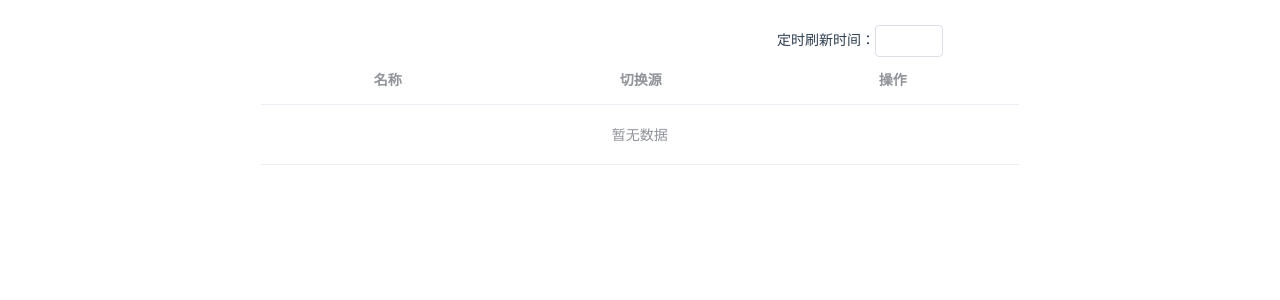
Repository: faintout/BHMQTTSendTool
Page: /
The author's editor kept a copy of each file at every save. The page is drawn from the files as they stood at one save, then again after the next save.
The browser window is 1280 px wide. The pictures show the whole page.
The project was rebuilt for these pictures with package versions that can differ from the ones it lists, and the page was loaded fresh each time. Also part of the build but not shown: vue.config.js.

Above is the page before, as saved 2020-09-03 15:19:47.

### public/index.html
<!DOCTYPE html>
<html lang="en">
  <head>
    <meta charset="utf-8">
    <meta http-equiv="X-UA-Compatible" content="IE=edge">
    <meta name="viewport" content="width=device-width,initial-scale=1.0">
    <link rel="stylesheet" href="">
    <title></title>
  </head>
  <body>
    <div id="app">

    </div>
    <!-- built files will be auto injected -->
  </body>
</html>

### src/main.js
import Vue from 'vue'
import App from './App.vue'
import router from './router'
import $ from 'jquery'
import ElementUi from 'element-ui'
import 'element-ui/lib/theme-chalk/index.css'
import 'element-ui/lib/theme-chalk/reset.css'

Vue.config.productionTip = false
Vue.use(ElementUi)
new Vue({
  router,
  render: h => h(App)
}).$mount('#app')

### src/router/index.js
import Vue from "vue";
import VueRouter from "vue-router";
import MqttSendTool from "../views/MqttSendTool.vue";
import MovingInfoShow from "../views/MovingInfoShow.vue";
import layout from "../views/layout.vue";

Vue.use(VueRouter);

const routes = [
  {
    path: "/",
    name: "layout",
    component: layout,
    children: [
      {
        path: "/MqttSendTool",
        name: "MqttSendTool",
        component: MqttSendTool,
      },
      {
        path: "/",
        name: "MovingInfoShow",
        component: MovingInfoShow,
      },
    ],
  },
];

const router = new VueRouter({
  routes,
});

export default router;

### src/views/MovingInfoShow.vue
<template>
    <div class="content">
        <title></title>
        <!-- 按钮模块 -->
        <div  class="content_title">
            定时刷新时间：<el-input style="display:inline-block;width:10%;" size="small" v-model="localIP"></el-input>
            <!-- <el-button type="success" size="small" @click="getAllMqttData">获取</el-button>
            <el-button size="mini" @click="batch(0)">批量主发送</el-button>
            <el-button size="mini" @click="batch(1)">批量备发送</el-button> -->
            <!-- <el-button type="success" size="small" @click="sendData()">发送</el-button> -->
        </div>
        <el-table v-loading="tableLoading" :data="tableData" class="el_table">
            >
            <el-table-column prop="name" label="名称" align='center'>
            </el-table-column>
            <el-table-column label="切换源" align='center'>
                <template slot-scope="scope">
                    <el-radio-group v-model="scope.row.switchStatus">
                        <el-radio :label="0" @click="scope.row.switchStatus = 0">主</el-radio>
                        <el-radio :label="1" @click="scope.row.switchStatus = 1">备</el-radio>
                    </el-radio-group>
                </template>
            </el-table-column>
            <el-table-column label="操作" align='center'>
                <template slot-scope="scope">
                    <el-button type="success" size="small" @click="changeData(scope.row)">编辑</el-button>
                    <el-button type="success" size="small" @click="sendData(scope.row)">发送</el-button>
                </template>
            </el-table-column>
        </el-table>
        <!-- 弹框 -->
        <el-dialog title="编辑" :visible.sync="dialogVisible" width="30%"  :close-on-click-modal = false>
            <el-input type="textarea" :rows="25" class="el_input" v-model="editTable"></el-input>
            <span slot="footer" class="dialog-footer">
                <el-button @click="dialogVisible = false">取 消</el-button>
                <el-button type="primary" @click="saveEdit">确 定</el-button>
            </span>
        </el-dialog>

    </div>
</template>

<script>
export default {
  components:{},
  data(){
    return {
    }
  },
  watch:{},
  computed:{},
  methods:{},
  mounted(){},
  created(){},
}
</script>
<style lang="less" scoped>
    .content {
        width: 60%;
        margin: 2% auto;
        margin-bottom: 0;
    }

    .el_table {
        width: 100%;
        position: relative;

    }
    .content_title{
        text-align: right;
        margin-right: 10%;
    }
    /deep/.el-message{
        top: 50px !important;
    }

    input {
        height: 20rem;
    }
</style>

### src/views/layout.vue
<template>
    <div>
        <header></header>
        <!-- <mqtt-send-tool v-if='activeIndex==1'></mqtt-send-tool>
        <moving-info-show v-if='activeIndex==2'></moving-info-show> -->
        <router-view></router-view>
    </div>
</template>

<script>
import header from './header'
    export default {
        components: {
           header
        },
        data() {
            return {
                activeIndex: '1',
            }
        },
        watch: {},
        computed: {},
        methods: {
            handleSelect(key, keyPath) {
                this.activeIndex = key
            }
        },
        mounted() {},
        created() {},
    }
</script>
<style lang="less" scoped>
    .el-menu-demo {
        padding-left: 30%;
    }
</style>

### src/views/header.vue
<template>
    <div>
        <el-menu :default-active="activeIndex" class="el-menu-demo" mode="horizontal" @select="handleSelect">
            <!-- <el-menu-item index="1">处理中心</el-menu-item> -->
            <el-menu-item index="1">MQTT批量下发工具</el-menu-item>
            <el-menu-item index="2">动环指标数据展示</el-menu-item>
        </el-menu>
    </div>
</template>

<script>
    export default {
        components: {},
        data() {
            return {}
        },
        watch: {},
        computed: {},
        methods: {},
        mounted() {},
        created() {},
    }
</script>
<style lang="less" scoped>
</style>

### src/views/MqttSendTool.vue
<template>
    <div class="content">
        <title></title>
        <!-- 按钮模块 -->
        <div  class="content_title">
            <!-- <el-input style="display:inline-block;width:20%;right: 5%;" size="small" v-model="localIP"></el-input> -->
            <el-button type="success" size="small" @click="getAllMqttData">获取</el-button>
            <el-button size="mini" @click="batch(0)">批量主发送</el-button>
            <el-button size="mini" @click="batch(1)">批量备发送</el-button>
            <!-- <el-button type="success" size="small" @click="sendData()">发送</el-button> -->
        </div>
        <el-table v-loading="tableLoading" :data="tableData" class="el_table">
            >
            <el-table-column prop="name" label="名称" align='center'>
            </el-table-column>
            <el-table-column label="切换源" align='center'>
                <template slot-scope="scope">
                    <el-radio-group v-model="scope.row.switchStatus">
                        <el-radio :label="0" @click="scope.row.switchStatus = 0">主</el-radio>
                        <el-radio :label="1" @click="scope.row.switchStatus = 1">备</el-radio>
                    </el-radio-group>
                </template>
            </el-table-column>
            <el-table-column label="操作" align='center'>
                <template slot-scope="scope">
                    <el-button type="success" size="small" @click="changeData(scope.row)">编辑</el-button>
                    <el-button type="success" size="small" @click="sendData(scope.row)">发送</el-button>
                </template>
            </el-table-column>
        </el-table>
        <!-- 弹框 -->
        <el-dialog title="编辑" :visible.sync="dialogVisible" width="30%"  :close-on-click-modal = false>
            <el-input type="textarea" :rows="25" class="el_input" v-model="editTable"></el-input>
            <span slot="footer" class="dialog-footer">
                <el-button @click="dialogVisible = false">取 消</el-button>
                <el-button type="primary" @click="saveEdit">确 定</el-button>
            </span>
        </el-dialog>

    </div>
</template>

<script>
    //设置本地储存方法
    window.local = (key, value) => {
        return value ? localStorage.setItem(key, value) : localStorage.getItem(key)
    }
    export default {
        components: {},
        data() {
            return {
                dialogVisible: false,
                //本地IP
                localIP: '',
                //表格框加载
                tableLoading: false,
                tableData: [],
                editTable: '',
                editId: '',
                editswitchStatus: ''

            }
        },
        watch: {
            localIP(n, o) {
                local('localIP', n)
            }
        },
        computed: {

        },
        methods: {
            saveEdit() {
                this.dialogVisible = false
                let indicatorValue = this.editTable
                //保存
                console.log("修改名称", this.editList);
                let deviceId = this.editId
                let switchStatus = this.editswitchStatus
                let parmas = { indicatorValue, deviceId, switchStatus }
                $.ajax({
                    type: 'POST',
                    url: 'http://' + this.localIP + '/testData/setIndicatorValue',
                    data: parmas,
                    success: (data) => {
                        data.success && this.$message({type:'success',message:'数据修改成功！',duration:1000, offset:100})
                    },
                    error: () => {
                        this.$message({type:'error',message:'数据获取失败，请检查IP地址！',duration:3000,offset:100})
                    }
                })
            },
            changeData(value) {
                console.log(value);
                this.dialogVisible = true
                if (!value.switchStatus) {
                    //等于一
                    this.editTable = this.getFormatData(JSON.stringify(value.masterData))
                } else {
                    this.editTable = this.getFormatData(JSON.stringify(value.slaveData))
                }
                this.editId = value.id
                this.editswitchStatus = value.switchStatus
            },
            //获取所有数据
            getAllMqttData() {
                $.ajax({
                    type: 'POST',
                    url: 'http://' + this.localIP + '/testData/getDeviceListData',
                    success: (data) => {
                        if (data.data == []) {
                            this.$message({type:'error',message:'获取数据为空！请确认数据是否存在',duration:3000,offset:100})
                            return
                        }
                        this.tableData = data.data
                        data.success && this.$message({type:'success',message:'数据获取成功！',duration:1000,offset:100})
                    },
                    error: () => {
                        this.$message({type:'error',message:'数据获取失败，请检查IP地址！',duration:3000,offset:100})
                    }
                })
            },
            //数据处理
            dataProcessing() {

            },
            //批量设置
            /**
             * @type 0 主 1 备
             * @Date 2020-08-26 14:13:24
             */
            batch(type) {
                this.tableData.forEach(item => {
                    item.switchStatus = type ? 1 : 0
                })
                this.sendData()
            },
            //发送数据
            sendData(value) {
                this.tableLoading = true
                let data = value ? value : this.tableData
                console.log(data);
                let params = {
                    deviceIds: ''
                }
                if (data.length > 1) {
                    data.map(item => {
                        params.deviceIds += item.id + ','
                    })
                    params.deviceIds = params.deviceIds.substr(0, params.deviceIds.length - 1)
                    params.switchStatus = data[0].switchStatus
                } else {
                    params.deviceIds = data.id
                    params.switchStatus = data.switchStatus
                }
                console.log(params);
                // return
                $.ajax({
                    type: "POST",
                    url: 'http://' + this.localIP + '/testData/applySwitch',
                    data: params,
                    success: (data) => {
                        data.success && this.$message({type:'success',message:'数据发送成功！',duration:1000,offset:100})
                        this.tableLoading = false
                    },
                    error: () => {

                    }
                })
                this.getAllMqttData()
            },
            //读取本地localIP
            getLocalIP() {
                this.localIP = local('localIP') != null ? local('localIP') : '172.17.35.23:24699'
                local('localIP') == null && local('localIP', '172.17.35.23:24699')
            },

            //方法
            repeat(s, count) {
                return new Array(count + 1).join(s)
            },
            formatJson(json) {
                var i = 0,
                    il = 0,
                    tab = "    ",
                    newJson = "",
                    indentLevel = 0,
                    inString = false,
                    currentChar = null;
                for (i = 0, il = json.length; i < il; i += 1) {
                    currentChar = json.charAt(i);
                    switch (currentChar) {
                        case '{':
                        case '[':
                            if (!inString) {
                                newJson += currentChar + "\n" + this.repeat(tab, indentLevel + 1);
                                indentLevel += 1
                            } else {
                                newJson += currentChar
                            }
                            break;
                        case '}':
                        case ']':
                            if (!inString) {
                                indentLevel -= 1;
                                newJson += "\n" + this.repeat(tab, indentLevel) + currentChar
                            } else {
                                newJson += currentChar
                            }
                            break;
                        case ',':
                            if (!inString) {
                                newJson += ",\n" + this.repeat(tab, indentLevel)
                            } else {
                                newJson += currentChar
                            }
                            break;
                        case ':':
                            if (!inString) {
                                newJson += ": "
                            } else {
                                newJson += currentChar
                            }
                            break;
                        case ' ':
                        case "\n":
                        case "\t":
                            if (inString) {
                                newJson += currentChar
                            }
                            break;
                        case '"':
                            if (i > 0 && json.charAt(i - 1) !== '\\') {
                                inString = !inString
                            }
                            newJson += currentChar;
                            break;
                        default:
                            newJson += currentChar;
                            break
                    }
                }
                return newJson
            },
            getFormatData(json) {
                var json = json + "";
                if (json.indexOf('{') == -1 && json.indexOf('[') == -1) {
                    return json;
                } else {
                    return (this.formatJson(json));
                }
            }

        },
        mounted() {
            console.log(local('localIP'), window);
            //读取本地IP
            this.getLocalIP()
            this.getAllMqttData()

        },
        created() {

        },
    }
</script>
<style lang="less" scoped>
    .content {
        width: 60%;
        margin: 2% auto;
        margin-bottom: 0;
    }

    .el_table {
        width: 100%;
        position: relative;

    }
    .content_title{
        text-align: right;
        margin-right: 10%;
    }
    /deep/.el-message{
        top: 50px !important;
    }

    input {
        height: 20rem;
    }
</style>

Loaded but not shown: src/App.vue (common file)

After the next save:
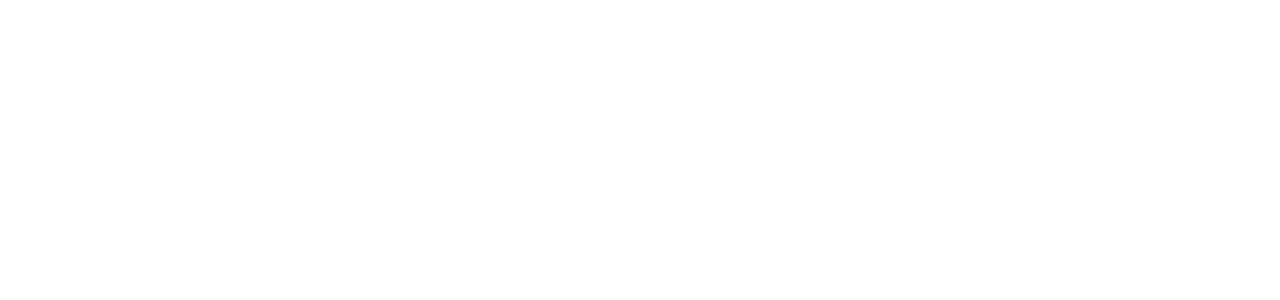
Console error: ReferenceError: header is not defined
Saved 21 s later.
--- a/src/views/header.vue
+++ b/src/views/header.vue
@@ -10,16 +10,27 @@
 
 <script>
     export default {
-        components: {},
+        components: {
+           header
+        },
         data() {
-            return {}
+            return {
+                activeIndex: '1',
+            }
         },
         watch: {},
         computed: {},
-        methods: {},
+        methods: {
+            handleSelect(key, keyPath) {
+                this.activeIndex = key
+            }
+        },
         mounted() {},
         created() {},
     }
 </script>
 <style lang="less" scoped>
+    .el-menu-demo {
+        padding-left: 30%;
+    }
 </style>

After the save that followed:
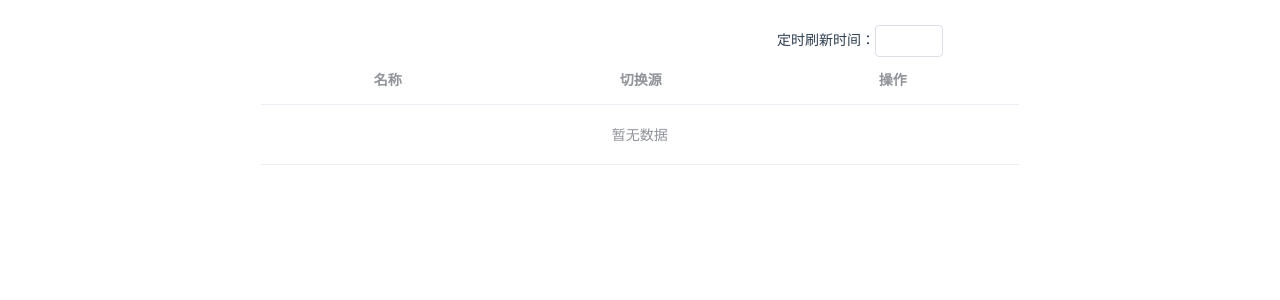
The error is gone.
Saved 6 s later.
--- a/src/views/header.vue
+++ b/src/views/header.vue
@@ -11,7 +11,6 @@
 <script>
     export default {
         components: {
-           header
         },
         data() {
             return {
